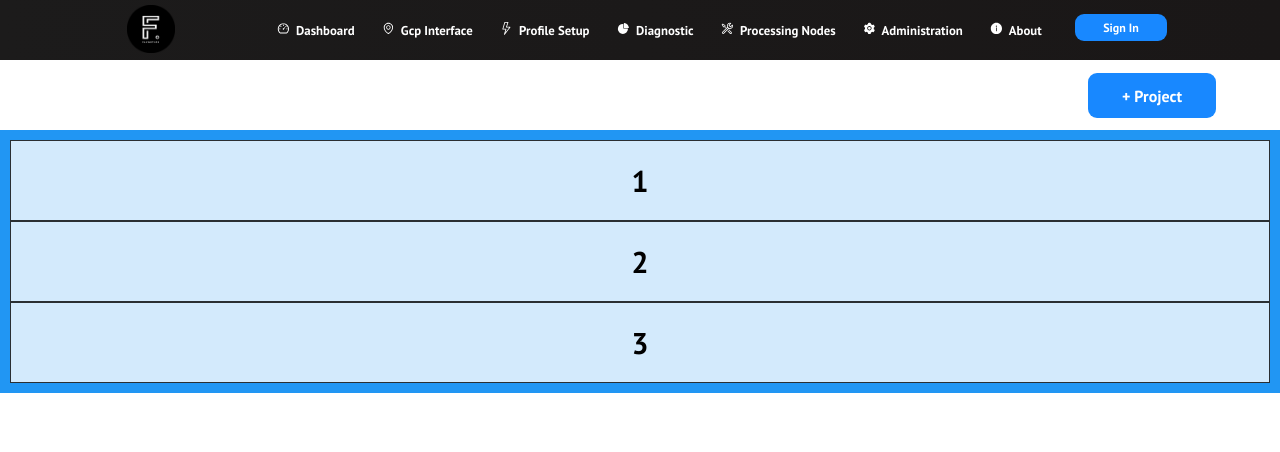
Repository: Akshaykumar1111/akki
Page: /Dashboard
These files come from the project's save history. The page is drawn as it stood at one moment and after the next save; the edit follows.
The browser window is 1280 px wide. The pictures show the whole page.
Some web libraries are served in a nearby version. The project was rebuilt for these pictures with package versions that can differ from the ones it lists, and the page was loaded fresh each time. Also part of the build but not shown: src/components/pages/Administration.css, src/components/pages/Administration.js, src/components/pages/Diagnostic.js, src/components/pages/ProfileSetup.js, src/components/pages/GcpInterface.js, src/components/pages/ProcessingNodes.js, src/components/pages/About.js, src/components/pages/Popup.css and 7 more.

Above is the page before, as saved 2022-10-20 11:19:42.

After the next save:
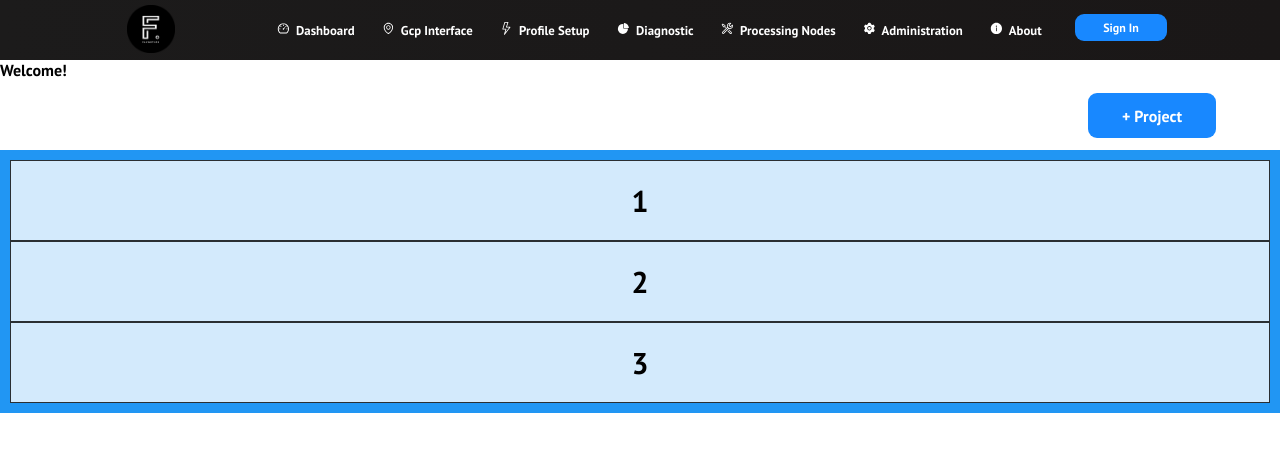
Saved 47 min 38 s later.
--- a/src/components/pages/Dashboard.js
+++ b/src/components/pages/Dashboard.js
@@ -6,6 +6,7 @@ import './Dashboard.css';
 
 export default function Dashboard() {
   return ( <>
+  <h>Welcome!</h>
   <button type="button" className='btn projectbtn'>+ Project</button>
   <div class="grid-container">
   <div class="grid-item">1</div>
